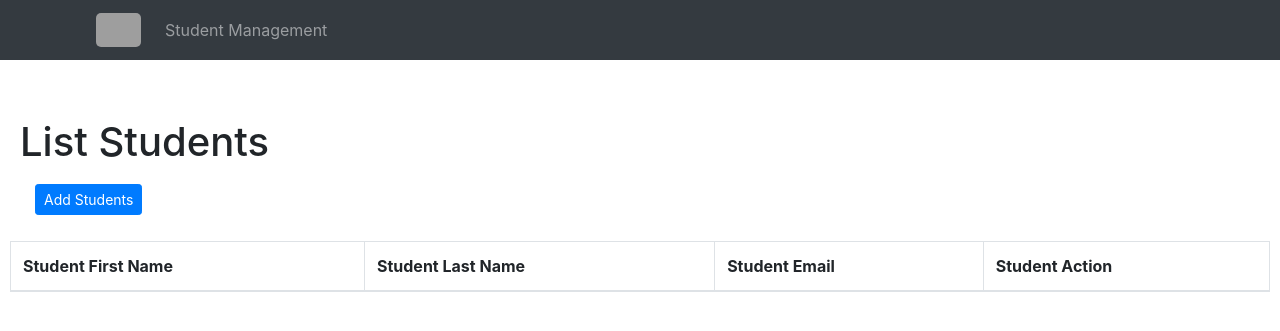
Repository: vijay9969/Student-Management-System
Page: http://localhost/students
The author's editor kept a copy of each file at every save. The page is drawn from the files as they stood at one save, then again after the next save.
The browser window is 1280 px wide. The pictures show the whole page.
Pictures or frames that could not be fetched are drawn as grey boxes. The page is this project's Thymeleaf template; nobody is signed in. The template is opened directly, without the code that normally fills it, so the values that code supplies are empty.

Above is the page before, as saved 2023-01-30 13:44:48.

After the next save:
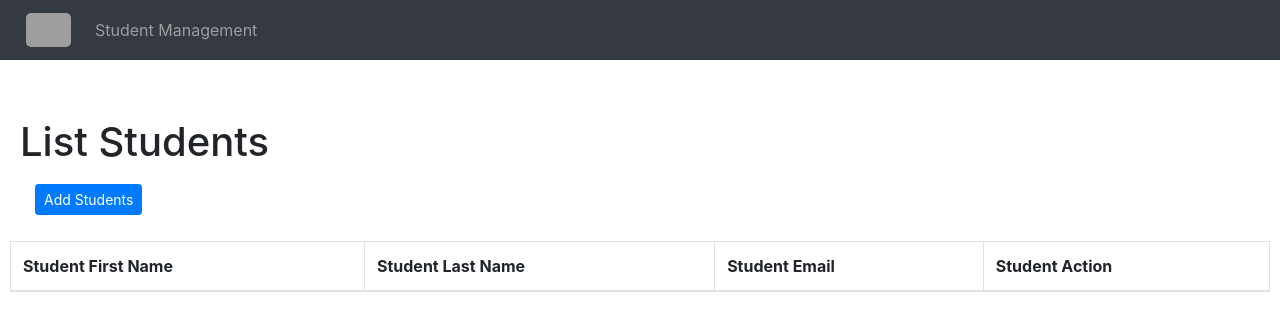
Saved 7 s later.
--- a/Student-Management-System/src/main/resources/templates/students.html
+++ b/Student-Management-System/src/main/resources/templates/students.html
@@ -15,7 +15,7 @@
 	#logo{
 width: 45px;
 border-radius: 5px;
-margin-left: 80px;
+margin-left: 10px;
     }
 	/* .btns{
 		margin:0px 7px;
